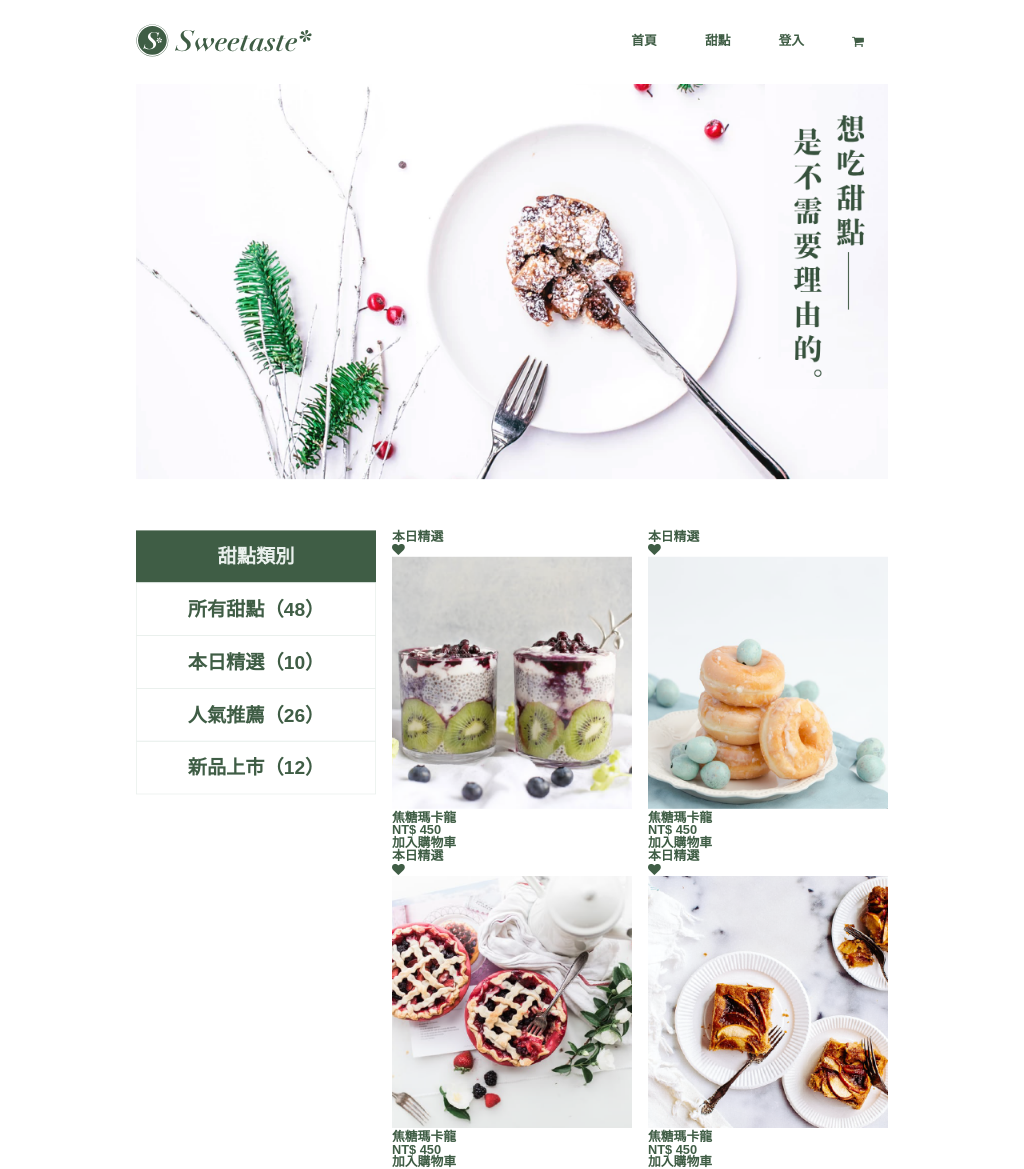
Repository: michelle61219/Sweets
Page: index.html
An editor plug-in stored every save of this project. The page is shown before and after the next save, followed by the edit.
The browser window is 1280 px wide. The pictures show the whole page, at 80% of full size.

Above is the page before, as saved 2021-06-13 15:21:23.

After the next save:
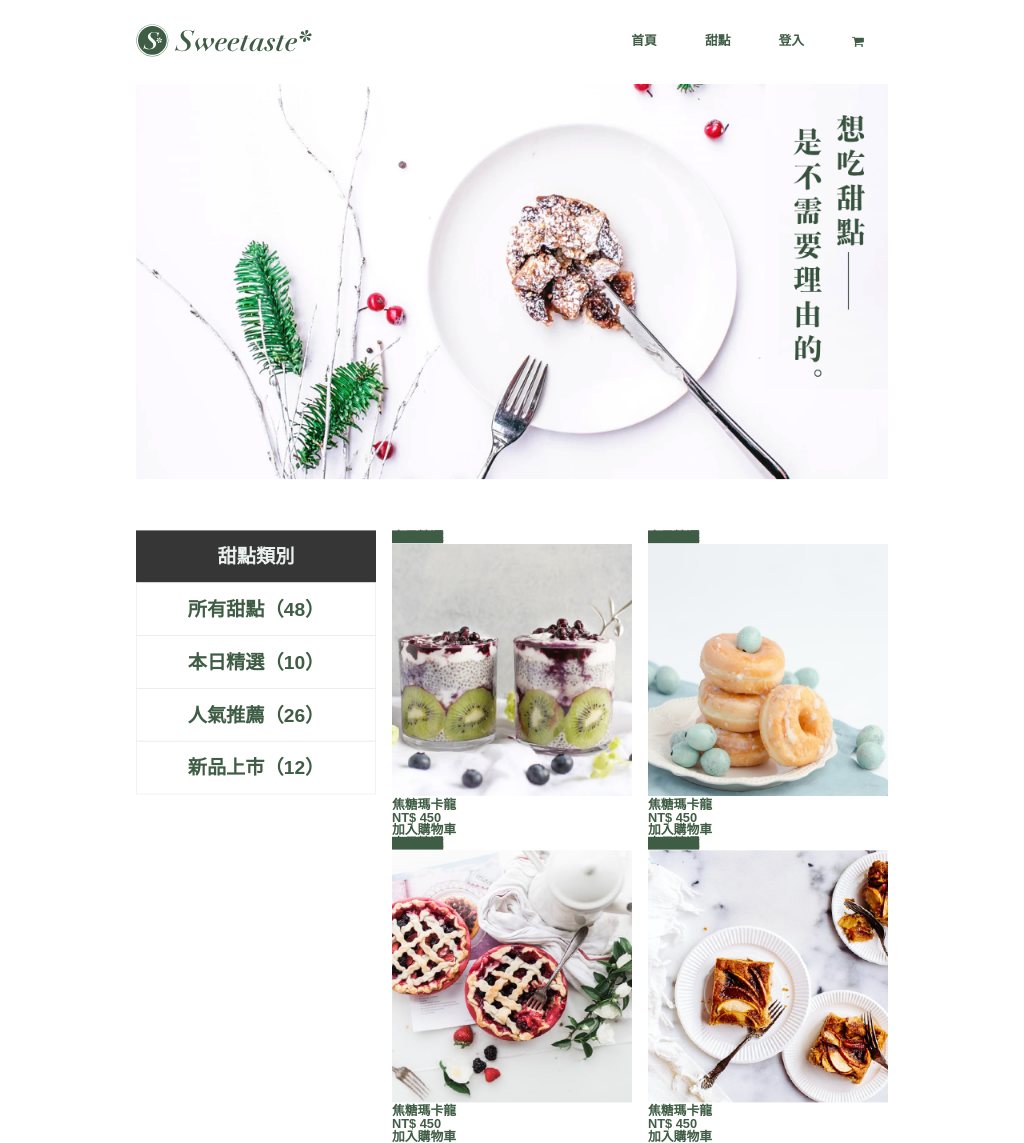
Saved 4 min 57 s later.
--- a/style.css
+++ b/style.css
@@ -186,7 +186,7 @@ a {
 }
 
 .aside h2 {
-	background: #3f5d45;
+	background: #363636;
 	color: #eaf0ed;
 	text-align: center;
 	font-size: 24px;
@@ -219,3 +219,8 @@ a {
 .productList-card li {
 	width: 300px;
 }
+
+.productList-card .tag {
+	position: absolute;
+	background: #3f5d45;
+}
